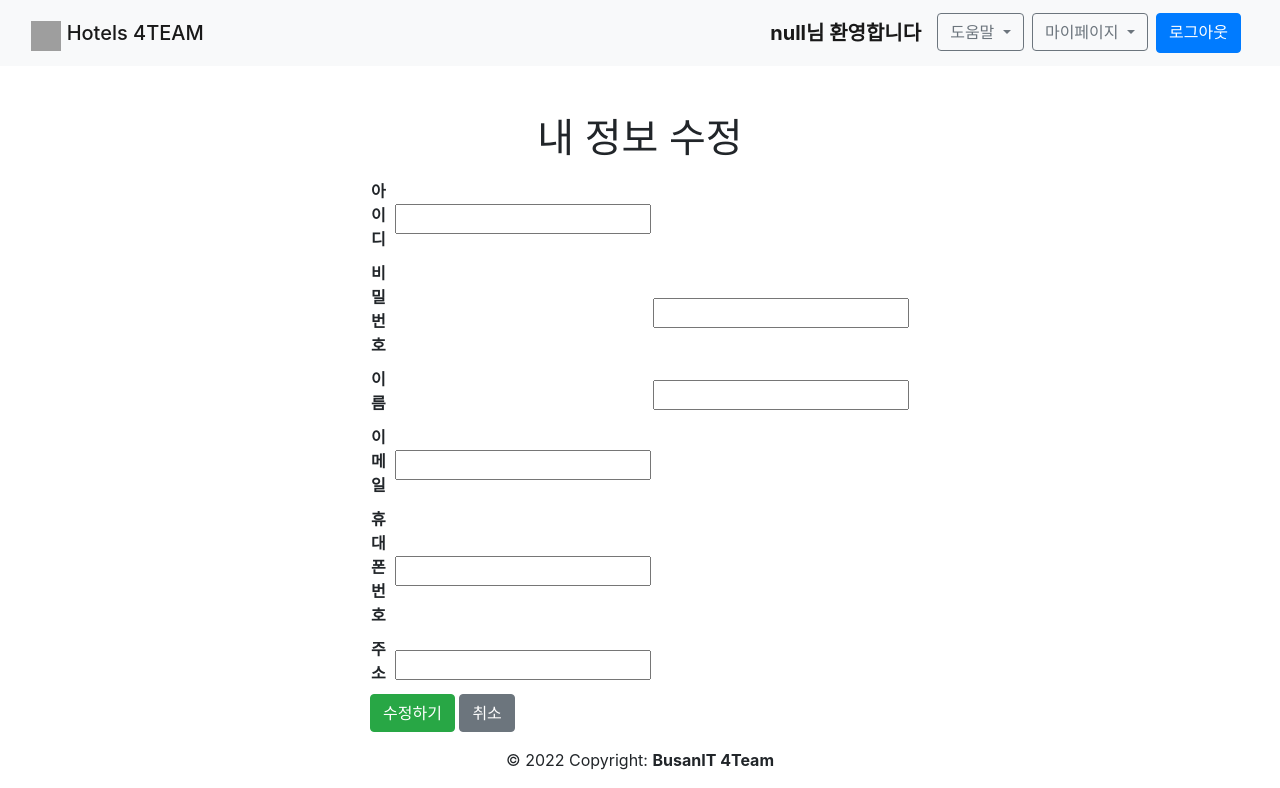
Repository: ShinKioh/Hotel_project
Page: http://localhost/HOTEL/editUser.jsp
The author's editor kept a copy of each file at every save. The page is drawn from the files as they stood at one save, then again after the next save.
The browser window is 1280 px wide. The pictures show the whole page.
Pictures or frames that could not be fetched are drawn as grey boxes. The page is served by Tomcat 9. Other server files are loaded and not shown.

Above is the page before, as saved 2022-02-23 02:59:12.

### HOTEL/WebContent/editUser.jsp
<%@ page language="java" contentType="text/html; charset=UTF-8"
	pageEncoding="UTF-8"%>
<!DOCTYPE html>
<html>
<head>
<meta charset="UTF-8">
<meta name="viewport"
	content="width=device-width, initial-scale=1, shrink-to-fit=no">
<link rel="stylesheet"
	href="//unpkg.com/bootstrap@4/dist/css/bootstrap.min.css">
<script src='//unpkg.com/jquery@3/dist/jquery.min.js'></script>
<script src='//unpkg.com/popper.js@1/dist/umd/popper.min.js'></script>
<script src='//unpkg.com/bootstrap@4/dist/js/bootstrap.min.js'></script>
<title>내정보 관리</title>
</head>
<body>
	<header>
		<nav class="navbar navbar-expand-lg navbar-light bg-light">
			<div class="container-fluid">
				<a class="navbar-brand" href="home.jsp"> <img
					src="img/premium-icon-letter-h-5540593.png" alt="" width="30"
					height="30" class="d-inline-block align-text-top"> <span
					class="navbar-brand mb-0 h1">Hotels 4TEAM</span>
				</a>
				<div class="d-flex justify-content-end">
					<span class="navbar-brand mb-0 h1"> <b><%=session.getAttribute("id")%>님
							환영합니다</b>
					</span>
					<div class="dropdown mr-2">
						<a class="btn btn-outline-secondary dropdown-toggle" href="#"
							role="button" id="dropdownMenuLink" data-toggle="dropdown"
							aria-expanded="false"> 도움말 </a>
						<div class="dropdown-menu" aria-labelledby="dropdownMenuLink">
							<a class="dropdown-item" href="#">공지 사항</a> <a
								class="dropdown-item" href="#">문의 사항</a>
						</div>
					</div>
					<div class="dropdown mr-2">
						<a class="btn btn-outline-secondary dropdown-toggle" href="#"
							role="button" id="dropdownMenuLink" data-toggle="dropdown"
							aria-expanded="false"> 마이페이지 </a>
						<div class="dropdown-menu" aria-labelledby="dropdownMenuLink">
							<a class="dropdown-item" href="register?action=editUser">내정보관리</a> <a
								class="dropdown-item" href="#">예약 현황</a>
						</div>
					</div>
					<a class="btn btn-primary mr-2" href="main.jsp">로그아웃</a>
				</div>
			</div>
		</nav>
	</header>
	<main>
		<div class="container">
			<div class="row mt-5">
				<div class="col-md-6 mx-auto">
					<h1 class="text-center mb-3">내 정보 수정</h1>

					<form action="<%=request.getContextPath()%>/register" method="post">
						<div class="form-group">
							<input type="hidden" name="action" value="updateUser">
						</div>
						<div class="register-form">
						<table>
						<tbody>
						<tr>
							<th><label for="id">아이디</label></th> <td><input type="text" name="id" id="id"
								readonly="readonly" value="${id}"> </td>
						</tr>
						<tr>
							<th><label for="password">비밀번호</label><th> <td><input type="text"
								name="password" id="password" required value="${user.password}"></td>
						</tr>
						<tr>
							<th><label for="name">이름</label><th> <td><input type="text" name="name"
								id="name" required value="${user.name}"></td>
						</tr>
						<tr>
							<th><label for="email">이메일</label></th> <td><input type="text" name="email"
								id="email" required value="${user.email}"></td>
						</tr>
						<tr>
							<th><label for="phone">휴대폰번호</label></th> <td><input type="text" name="phone"
								id="phone" required value="${user.phone}"></td>
						</tr>
						<tr>
							<th><label for="address">주소</label></th> <td><input type="text" name="address"
								id="address" required value="${user.address}"></td>
						</tr>
						</tbody>
						</table>
						</div>
						<%--수정하기 버튼 클릭시 페이지 유지, 수정한 정보 띄우기 --%>
						<button type="submit" class="btn btn-success">수정하기</button>
						<%--취소 버튼 클릭시 메인 페이지로 이동 --%>
						<button type="button" class="btn btn-secondary" onClick="location.href='home.jsp'">취소</button>
					</form>
				</div>
			</div>
		</div>
	</main>
	<footer class="footer font-small black">
		<div class="footer-copyright text-center py-3">
			© 2022 Copyright: <b> BusanIT 4Team</b>
		</div>
	</footer>

</body>
</html>

After the next save:
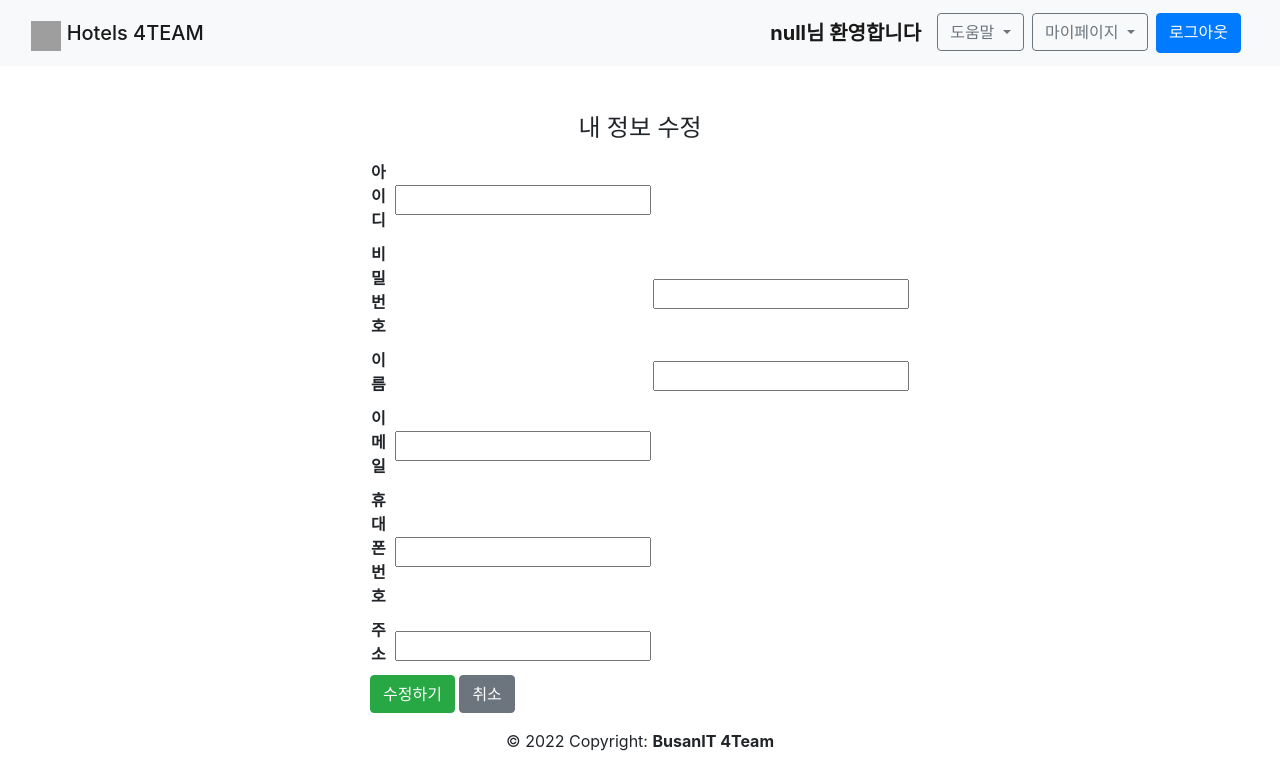
Saved 6 s later.
--- a/HOTEL/WebContent/editUser.jsp
+++ b/HOTEL/WebContent/editUser.jsp
@@ -53,7 +53,7 @@
 		<div class="container">
 			<div class="row mt-5">
 				<div class="col-md-6 mx-auto">
-					<h1 class="text-center mb-3">내 정보 수정</h1>
+					<h4 class="text-center mb-3">내 정보 수정</h4>
 
 					<form action="<%=request.getContextPath()%>/register" method="post">
 						<div class="form-group">
